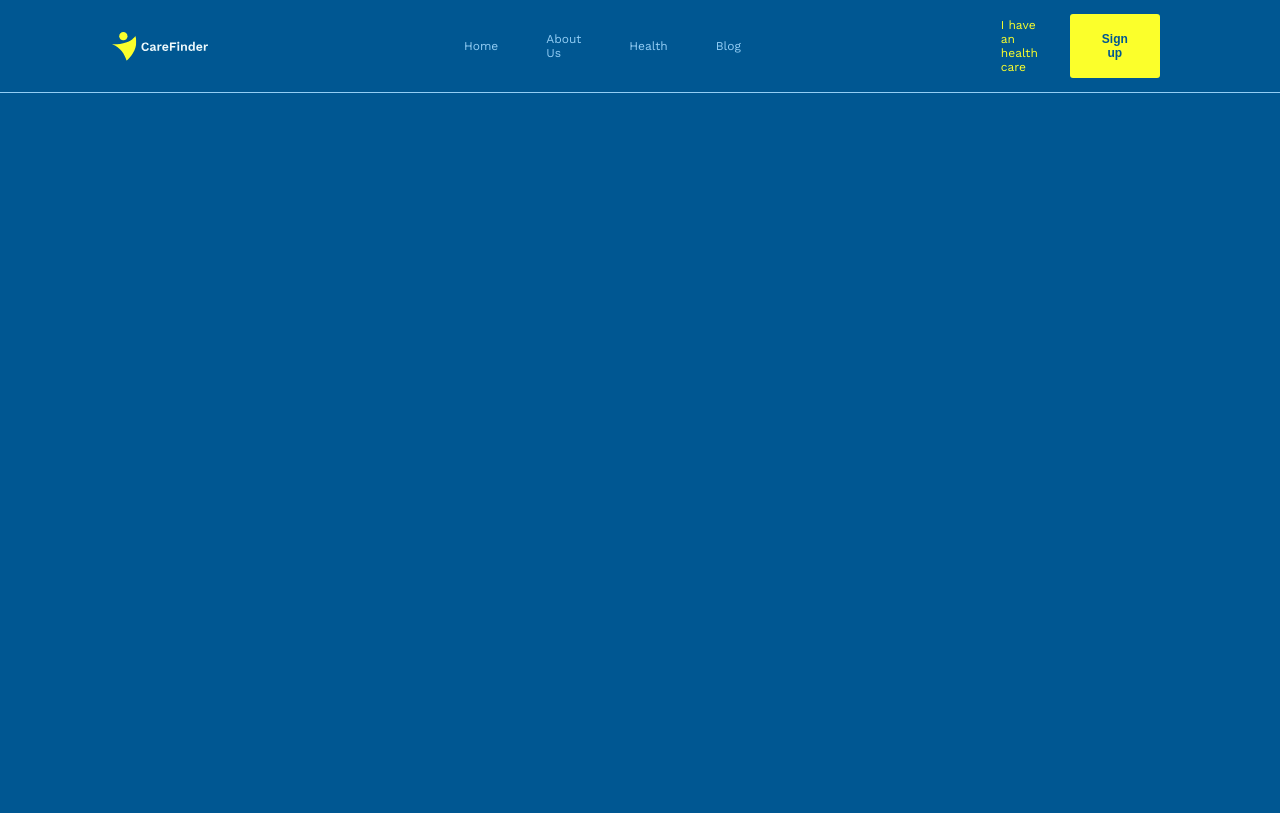
Repository: PreciousOritsedere/Carefinder-App
Page: /
An editor plug-in stored every save of this project. The page is shown before and after the next save, followed by the edit.
The browser window is 1280 px wide. The pictures show the whole page.
The project was rebuilt for these pictures with package versions that can differ from the ones it lists, and the page was loaded fresh each time. The framework's server and built-in components were replaced by stand-ins that run in the browser. Also part of the build but not shown: next.config.js, src/Components/Nav_Menu/NavMenu.js.

Above is the page before, as saved 2023-06-12 19:56:37.

After the next save:
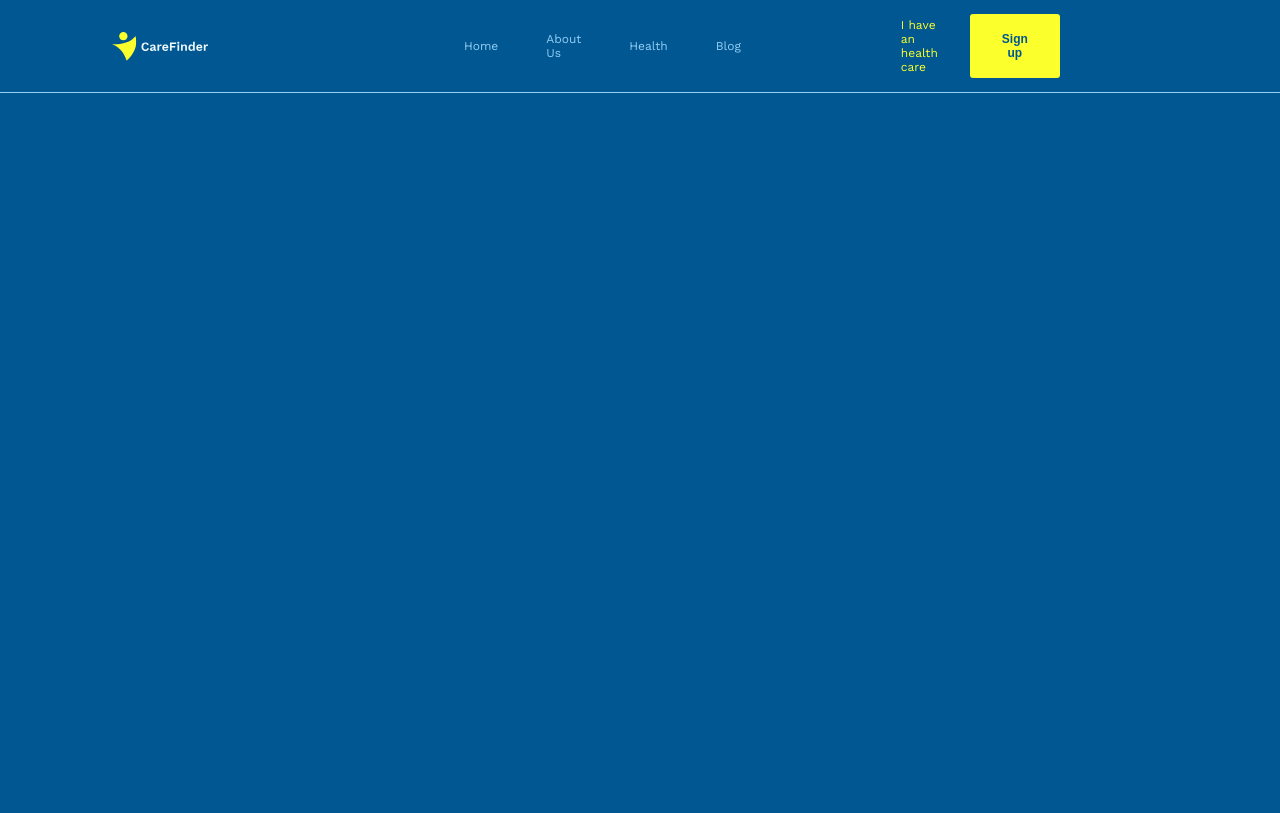
Saved 7 s later.
--- a/src/Components/Nav/Nav.module.css
+++ b/src/Components/Nav/Nav.module.css
@@ -75,7 +75,7 @@
     align-items: center;
     /* justify-content: flex-end; */
     /* justify-content: space-between; */
-    gap: 236px;
+    gap: 136px;
   }
 
   .hamburger {
